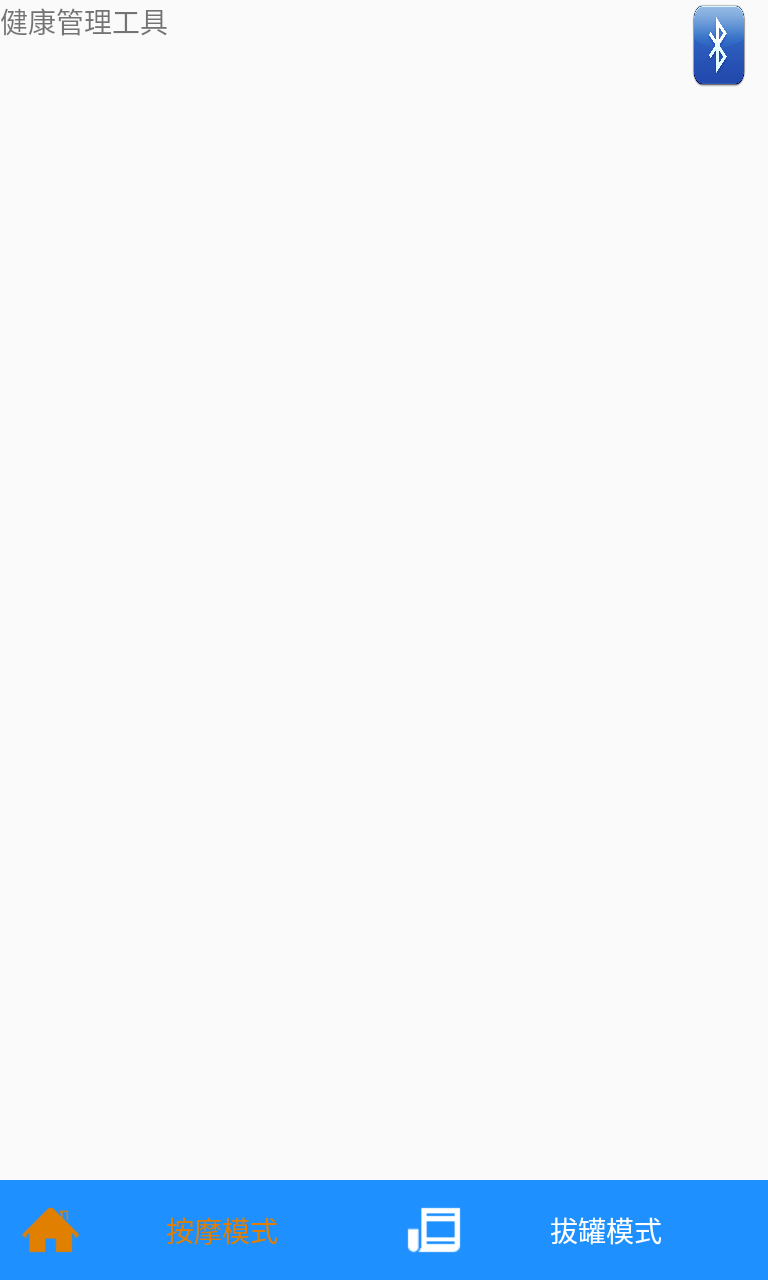
Repository: mimimy/MassagePro
Layout: BLE-Version/MassageTool/res/layout/activity_home.xml
The author's editor kept a copy of each file at every save. The layout is drawn from the files as they stood at one save, then again after the next save.
It is drawn on a 768 x 1280 px phone screen (xhdpi) without system bars, with theme AppTheme; the app's code is not run. Lists and similar views that code fills are empty.

Above is the layout before, as saved 2018-07-28 13:21:36.

After the next save:
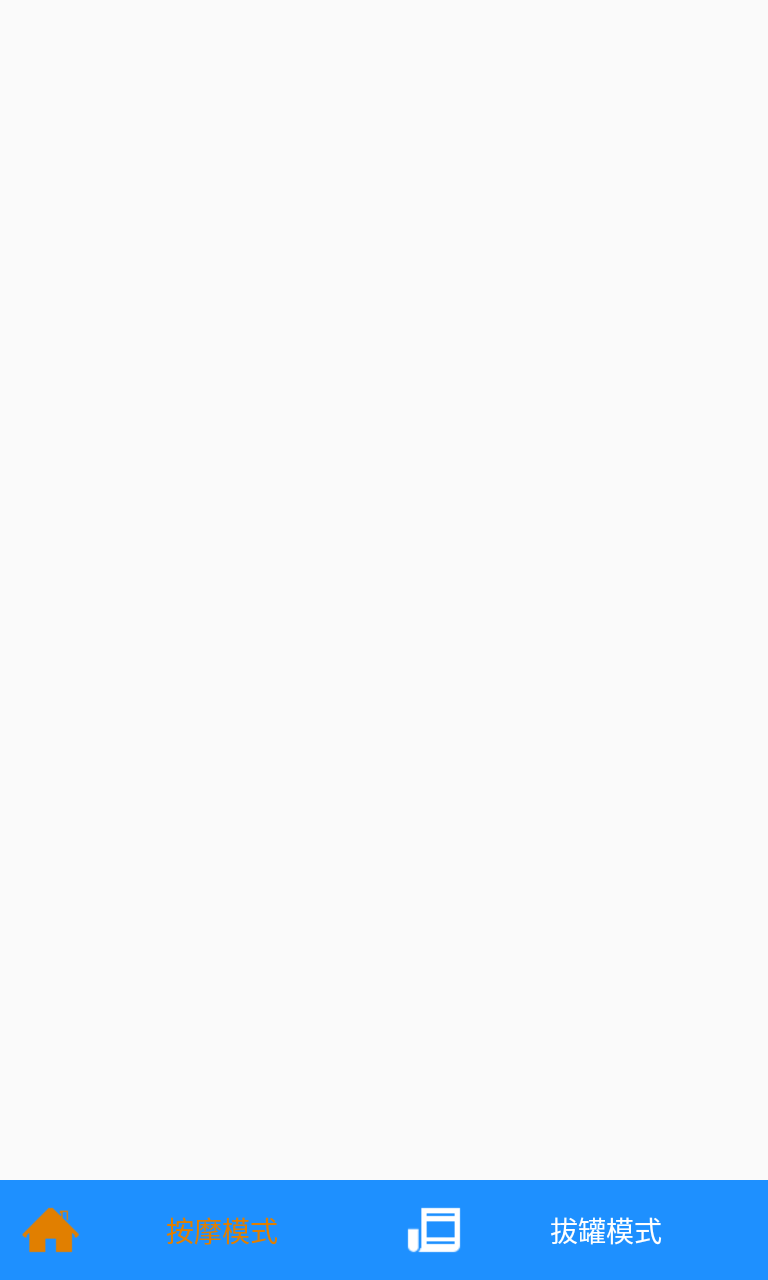
Saved 2 min 2 s later.
--- a/BLE-Version/MassageTool/res/layout/activity_home.xml
+++ b/BLE-Version/MassageTool/res/layout/activity_home.xml
@@ -3,26 +3,6 @@
     android:layout_width="fill_parent"
     android:layout_height="fill_parent"
     android:orientation="vertical">
-
-    <LinearLayout
-        android:layout_width="match_parent"
-        android:layout_height="wrap_content"
-        android:orientation="horizontal" >
-
-        <TextView
-            android:layout_width="wrap_content"
-            android:layout_height="match_parent"
-            android:layout_weight="0.58"
-            android:text="健康管理工具" />
-
-        <ImageButton
-            android:id="@+id/connect"
-            android:layout_width="29dp"
-            android:layout_height="45dp"
-            android:layout_marginRight="10dp"
-            android:background="@drawable/blooth" />
-
-    </LinearLayout>
 
 	<android.support.v4.view.ViewPager
 	   	android:layout_width="match_parent"
